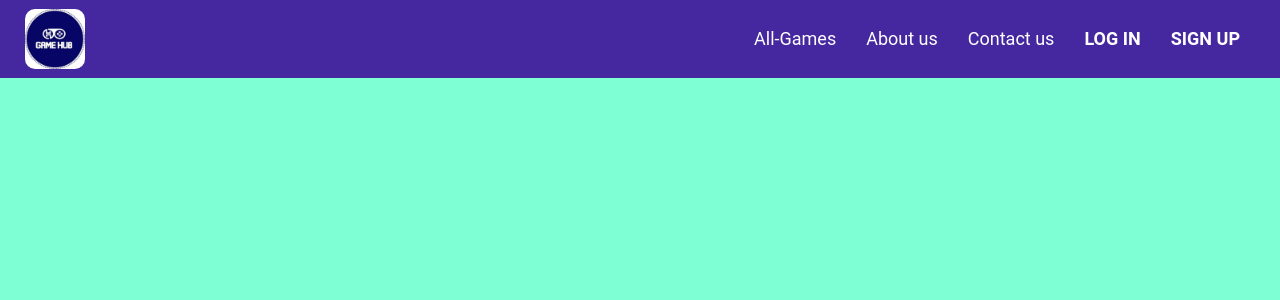
Repository: Fariaddd/HTML-CSS-reset
Page: index.html
The author's editor kept a copy of each file at every save. The page is drawn from the files as they stood at one save, then again after the next save.
The browser window is 1280 px wide. The pictures show the whole page.
Some web fonts or font styles are not loaded; a fallback is used.

Above is the page before, as saved 2022-04-01 16:41:53.

After the next save:
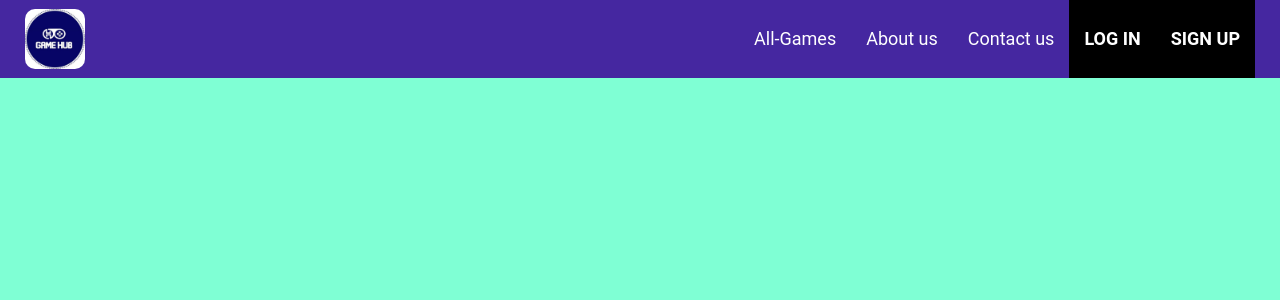
Saved 21 s later.
--- a/style/index.css
+++ b/style/index.css
@@ -64,7 +64,7 @@
 }
 
 .links {
-  color: black;
+  background-color: black;
   font-weight: bold;
   text-decoration: none;
   list-style-type: none;
